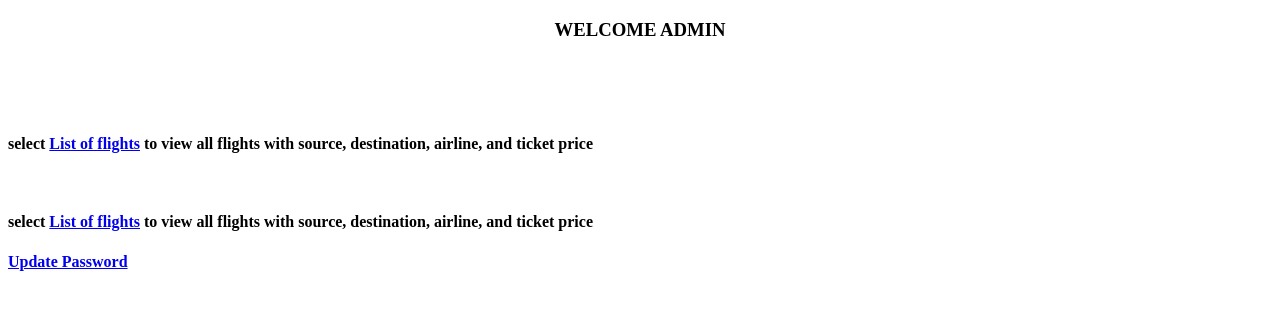
Repository: nihargowda/phase2project
Page: http://localhost/AirAway/adminsuccess.jsp
The author's editor kept a copy of each file at every save. The page is drawn from the files as they stood at one save, then again after the next save.
The browser window is 1280 px wide. The pictures show the whole page.
The page is served by Tomcat 9.

Above is the page before, as saved 2020-11-19 15:48:24.

After the next save:
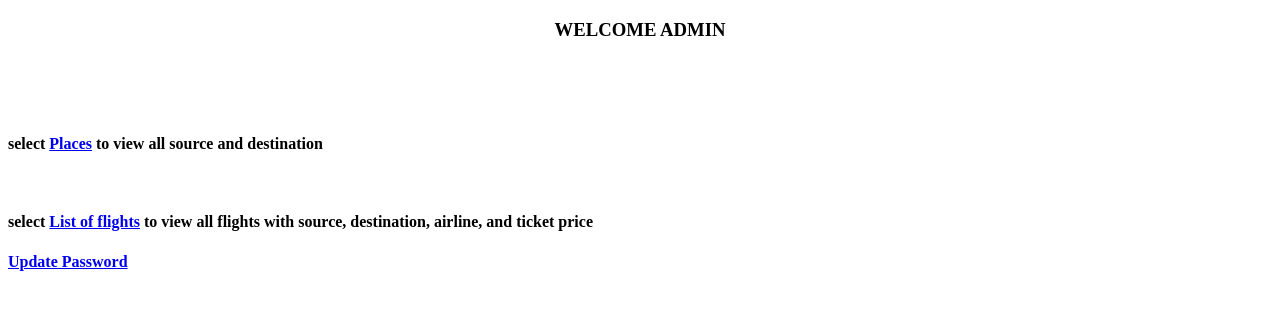
Saved 27 s later.
--- a/AirAway/src/main/webapp/adminsuccess.jsp
+++ b/AirAway/src/main/webapp/adminsuccess.jsp
@@ -9,7 +9,7 @@
 <body>
 <h3><center> WELCOME ADMIN </center></h3>
 <br><br>
-<br><h4>select <a href="/AirAway/SourceDestination">List of flights</a> to view all flights with source, destination, airline, and ticket price </h4>
+<br><h4>select <a href="/AirAway/SourceDestination">Places</a> to view all  source and  destination </h4>
 <br><h4>select <a href="/AirAway/AirAwayDetails">List of flights</a> to view all flights with source, destination, airline, and ticket price </h4>
 <h4> <a href='/AirAway/updatepassword.jsp'>Update Password</a>  </h4>
 
